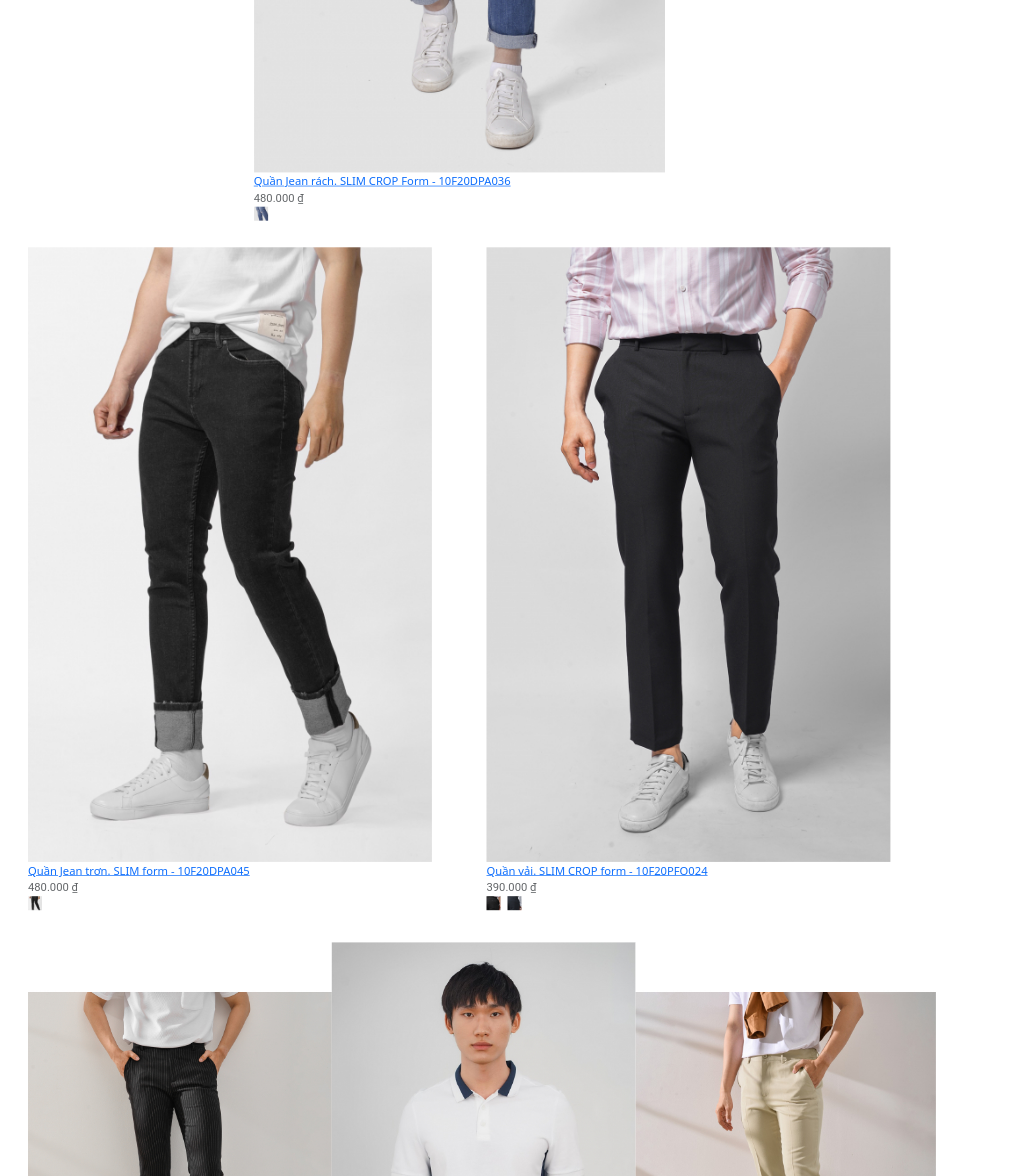
Repository: NguyenQuangQuan021099/FE_Page-Male
Page: Danh sách/page1.html
An editor plug-in stored every save of this project. The page is shown before and after a run of saves, followed by the edit.
The browser window is 1280 px wide. The page is 1480 px wide, then 1337 px, so the pictures cover 1480 px, including what lies to the right of the window. The pictures show the part of the page from y = 646 to 2326 px (the page is 4672 px tall before and 4519 px after), at 70% of full size.
Some web libraries are served in a nearby version.

Above is the page before, as saved 2021-07-02 11:17:28.

After the next 8 saves:
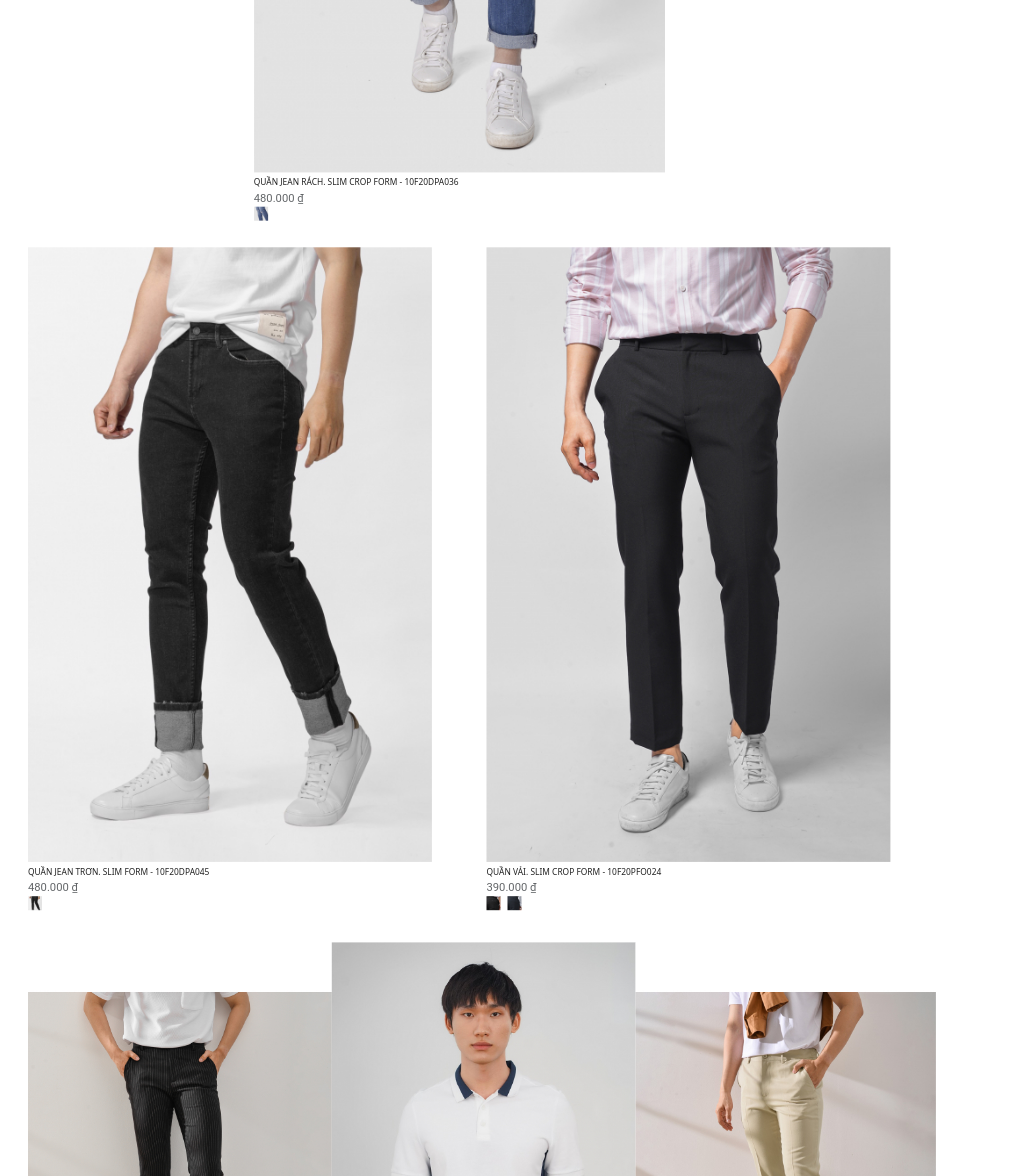
The 8 saves are shown as one change because they came seconds apart.
The last was saved 19 s later.
--- a/Danh sách/page1.css
+++ b/Danh sách/page1.css
@@ -42,7 +42,10 @@ img{
     margin: auto ;
 }
 
-.sub__image
+.sub__image a img{
+    width: 434px;
+    height: 653px;
+}
 
 .content{
     color: #222;
